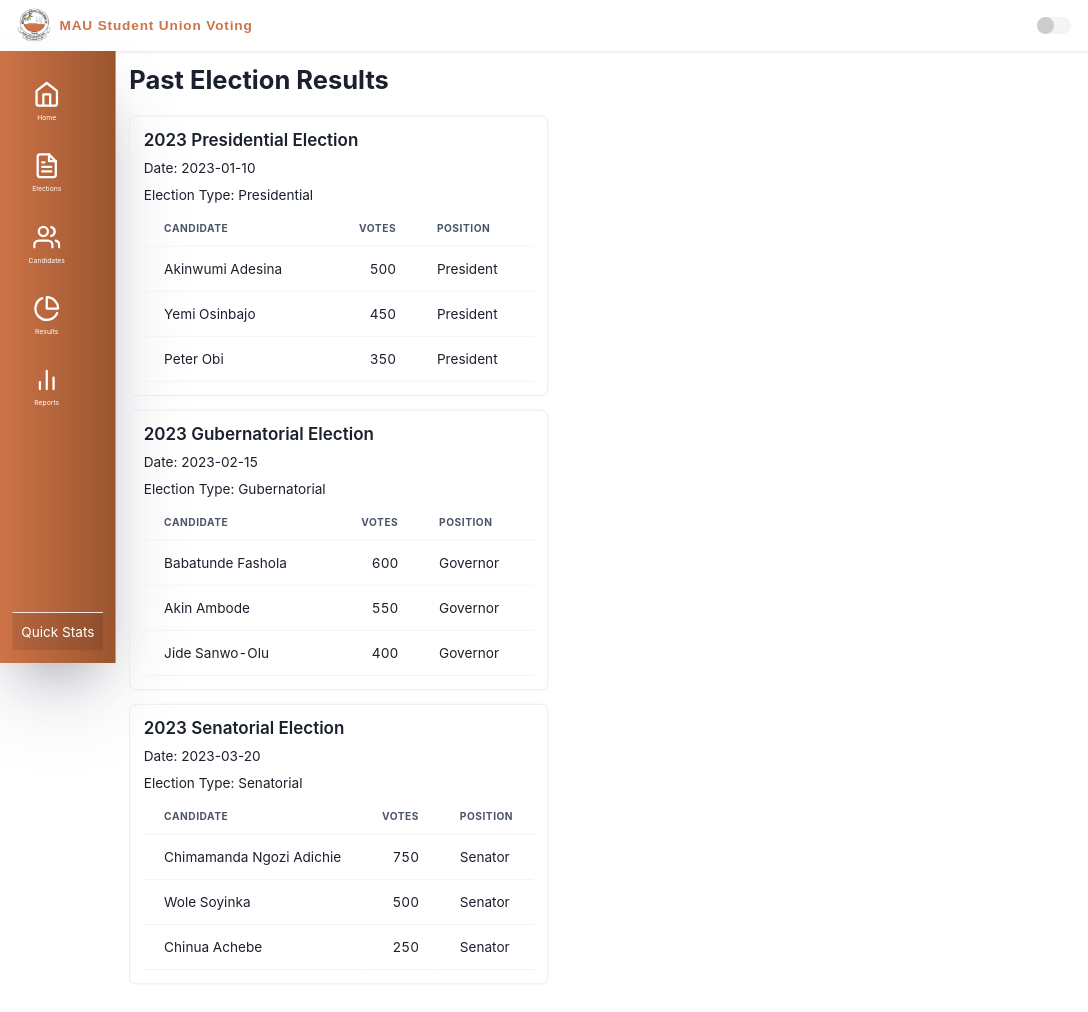
Repository: joena1o/e-vote
Page: /ElectionCommittee-dashboard/view-results
An editor plug-in stored every save of this project. The page is shown before and after the next save, followed by the edit.
The browser window is 1280 px wide. The pictures show the whole page, at 85% of full size.
The project was rebuilt for these pictures with package versions that can differ from the ones it lists, and the page was loaded fresh each time. Also part of the build but not shown: src/components/EnhancedLogin.js, src/components/maincontent/RegisterStudents/ManageStudents.js, src/components/maincontent/RegisterStudents/RegisterStudents.js, src/components/maincontent/RegisterStudents/StudentManagement.js, src/components/maincontent/ElectionResults/report.js, src/components/maincontent/ElectionResults/ViewElectionResults.js, src/components/maincontent/Settings/Settings.js, src/api/index.js and 22 more.

Above is the page before, as saved 2023-11-01 22:34:55.

### src/index.js
import React from 'react';
import ReactDOM from 'react-dom/client';
import './index.css';
import App from './App';
import reportWebVitals from './reportWebVitals';
import Modal from 'react-modal';

// Set the app element for the modal for accessibility purposes
Modal.setAppElement('#root');

const root = ReactDOM.createRoot(document.getElementById('root'));
root.render(
  <React.StrictMode>
    <App />
  </React.StrictMode>
);

// If you want to start measuring performance in your app, pass a function
// to log results (for example: reportWebVitals(console.log))
// or send to an analytics endpoint. Learn more: https://bit.ly/CRA-vitals
reportWebVitals();

### src/App.js
import React from 'react';
import { BrowserRouter as Router, Routes, Route, Navigate } from 'react-router-dom';
import EnhancedLogin from './components/EnhancedLogin';
import AdminDashboard from './components/AdminDashboard';
import StudentDashboard from './components/StudentDashboard';
import { ChakraProvider, ColorModeProvider, Button, useColorMode } from '@chakra-ui/react';
import { Provider } from 'react-redux';
import store from './Redux/store';
import ElectionCommitteeDashboard from './components/maincontent/ElectionCommitteeDashboard';

// Component to toggle dark mode
function DarkModeToggle() {
  const { colorMode, toggleColorMode } = useColorMode();
  return (
    <Button onClick={toggleColorMode} position="fixed" m={4} zIndex={10}>
      Toggle {colorMode === 'light' ? 'Dark' : 'Light'}
    </Button>
  );
}

function App() {
  // Check if the current route is not the "/login" route, then render the DarkModeToggle
  // const isLoginPage = window.location.pathname === '/login';

  return (
    <Provider store={store}>
      <ChakraProvider>
        <ColorModeProvider options={{ useSystemColorMode: true }}>
          <Router>
            <Routes>
              {/* Define your routes */}
              <Route path="/login" element={<EnhancedLogin />} />
              <Route path="/admin-dashboard/*" element={<AdminDashboard />} />
              <Route path="/ElectionCommittee-dashboard/*" element={<ElectionCommitteeDashboard />} />
              <Route path='/student-dashboard/*' element={<StudentDashboard />} />
              {/* Redirect root to /admin-dashboard */}
              <Route path="/" element={<Navigate to="/admin-dashboard" replace />} />
            </Routes>
          </Router>
          {/* Render DarkModeToggle only if not on the "/login" page */}
          {/* {!isLoginPage && <DarkModeToggle />} */}
        </ColorModeProvider>
      </ChakraProvider>
    </Provider>
  );
}

export default App;

### src/Redux/store.js
import { configureStore } from '@reduxjs/toolkit';
import electionReducer from './electionSlice';
import studentsReducer from './studentsSlice';
import candidatesReducer from './CandidateSlice'; // Import the candidates reducer

const store = configureStore({
  reducer: {
    elections: electionReducer,
    students: studentsReducer,
    candidates: candidatesReducer, // Add the candidates reducer here
  },
});

export default store;

### src/components/maincontent/ElectionCommitteeDashboard.js
// ElectionCommitteeDashboard.js
import React from 'react';
import { Routes, Route } from 'react-router-dom';
import ElectionCommitteeSidebar from './ElectionCommitteeSidebar';
import Navbar from '../Navbar';
import styled from 'styled-components';
import ElectionList from './ManageElections/ElectionList';
import ViewResults from './ElectionResults/ViewResults';
import ElectionCommitteeHome from './home/ElectionCommitteeHome';
import CandidatesScreening from './CandidateScreening/CandidateScreening';



const Container = styled.div`
  display: flex;
  flex-direction: column;
  height: 100vh;
  width: 100%;
`;

const Content = styled.div`
  display: flex;
  flex: 1;
`;

const ElectionCommitteeDashboard = () => {
  return (
    <Container>
      <Navbar />
      <Content>
        <ElectionCommitteeSidebar />
        <Routes>
          <Route index element={<ElectionCommitteeHome />} />

          <Route path="election-list" element={<ElectionList />} />
          <Route path="candidates-screening" element={<CandidatesScreening />} />
          <Route path="view-results" element={<ViewResults />} />

        </Routes>
      </Content>
    </Container>
  );
};

export default ElectionCommitteeDashboard;

### src/components/Navbar.js
import React from 'react';
import styled, { createGlobalStyle } from 'styled-components';
import logo from '../assets/school_logo.jpg';
import { useColorMode } from '@chakra-ui/react';

const GlobalStyle = createGlobalStyle`
  body {
    background-color: ${props => (props.theme === 'dark' ? '#333' : '#fff')};
    color: ${props => (props.theme === 'dark' ? '#fff' : '#000')}; // Set other component texts to black in light mode
  }
`;

const Header = styled.header`
  background: ${props => (props.theme === 'dark' ? '#333' : '#fff')};
  color: ${props => (props.theme === 'dark' ? '#fff' : '#ce7348')}; // Set navbar text to brown in light mode
  padding: 10px 20px;
  display: flex;
  align-items: center;
  justify-content: flex-start;
  box-shadow: 0px 2px 4px rgba(0, 0, 0, 0.1);
  font-family: 'Poppins', sans-serif;
`;


const Logo = styled.img`
  width: 40px;
  height: 40px;
  border-radius: 20px;
  margin-right: 10px;
`;

const Title = styled.h1`
  margin: 0;
  padding: 0;
  font-size: 1rem;
  font-weight: 600;
  letter-spacing: 1px;
`;

const ToggleSlider = styled.label`
  display: flex;
  align-items: center;
  cursor: pointer;
  margin-left: auto;
`;

const SliderInput = styled.input.attrs({ type: 'checkbox' })`
  display: none;
`;

const Slider = styled.div`
  width: 40px;
  height: 20px;
  background-color: ${props => (props.theme === 'dark' ? '#333' : '#f4f4f4')};
  border-radius: 20px;
  position: relative;
  transition: background-color 0.3s ease;
  cursor: pointer;

  &::after {
    content: '';
    width: 20px;
    height: 20px;
    border-radius: 50%;
    background-color: ${props => (props.theme === 'dark' ? '#fff' : '#ccc')};
    position: absolute;
    top: 50%;
    transform: translateY(-50%);
    left: ${props => (props.theme === 'dark' ? '20px' : '0')};
    transition: left 0.3s ease;
  }
`;

function Navbar() {
  const { colorMode, toggleColorMode } = useColorMode();

  return (
    <>
      <GlobalStyle theme={colorMode} />
      <Header theme={colorMode}>
        <Logo src={logo} alt="University Logo" />
        <Title>MAU Student Union Voting</Title>
        <ToggleSlider>
          <SliderInput type="checkbox" onChange={toggleColorMode} />
          <Slider theme={colorMode} />
        </ToggleSlider>
      </Header>
    </>
  );
}

export default Navbar;

### src/Redux/electionSlice.js
/*import { createSlice, createAsyncThunk } from '@reduxjs/toolkit';
import { API, graphqlOperation } from 'aws-amplify';
import { createElection as createElectionAPI } from '../graphql/mutations';

export const createElection = createAsyncThunk(
  'elections/createElection',
  async (election, { rejectWithValue }) => {
    try {
      const result = await API.graphql(graphqlOperation(createElectionAPI, { input: election }));
      return result.data.createElection;
    } catch (error) {
      return rejectWithValue(error);
    }
  }
);

const electionSlice = createSlice({
  name: 'elections',
  initialState: [],
  reducers: {},
  extraReducers: (builder) => {
    builder.addCase(createElection.fulfilled, (state, action) => {
      state.push(action.payload);
    });
  },
});

export default electionSlice.reducer;
*/

### src/Redux/studentsSlice.js
import { createSlice } from '@reduxjs/toolkit';

export const studentsSlice = createSlice({
  name: 'students',
  initialState: [],
  reducers: {
    addStudents: (state, action) => {
      // Add students to the Redux store
      action.payload.forEach(student => {
        state.push(student);
      });
    },
  },
});

export const { addStudents } = studentsSlice.actions;

export default studentsSlice.reducer;

### src/Redux/CandidateSlice.js

import { createSlice } from '@reduxjs/toolkit';

export const candidatesSlice = createSlice({
  name: 'candidates',
  initialState: [],
  reducers: {
    setCandidates: (state, action) => {
      return action.payload;
    },
  },
});

export const { setCandidates } = candidatesSlice.actions;
export default candidatesSlice.reducer;

### src/components/maincontent/ElectionCommitteeSidebar.js
import React from 'react';
import styled from 'styled-components';
import { Link } from 'react-router-dom';
import { FiHome, FiFileText, FiUsers, FiPieChart, FiBarChart2, FiTrendingUp } from 'react-icons/fi';
import { useColorMode } from '@chakra-ui/react';


const SidebarContainer = styled.nav`
  background: ${props => (props.theme === 'dark' ? '#333' : 'linear-gradient(to right, #ce7348, #9a552e)')};
  padding: 15px;
  height: 100vh;
  color: #fff;
  box-shadow: rgba(50, 50, 93, 0.25) 0px 50px 100px -20px, rgba(0, 0, 0, 0.3) 0px 30px 60px -30px;
  display: flex;
  flex-direction: column;
`;

const LinkList = styled.ul`
  list-style-type: none;
  padding: 0;
  flex: 1;
`;

const StyledLink = styled(Link)`
  text-decoration: none;
  color: #fff;
  display: flex;
  flex-direction: column;
  align-items: center;
  transition: color 0.3s ease;
  margin-bottom: 15px;
  cursor: pointer;
  font-size: 0.5rem;

  &:hover {
    color: #fce364;
  }

  width: 80px;
  text-align: center;
  word-wrap: break-word;
  overflow-wrap: break-word;
`;

const LinkItem = styled.li`
  display: flex;
  align-items: center;
  margin-top: 20px;
`;

const Icon = styled.div`
  font-size: 2rem;
  color: #fff;

  margin-bottom: 5px;

  ${StyledLink}:hover & {
    color: #fce364;
  }
`;

const QuickStats = styled.div`
  margin-top: auto;
  padding: 10px;
  background: rgba(0, 0, 0, 0.1);
  border-top: 1px solid #fff;
`;

function ElectionCommitteeSidebar() {
  const { colorMode } = useColorMode();

  return (
    <SidebarContainer theme={colorMode}>
      <LinkList>
        <LinkItem>
          <StyledLink to="/ElectionCommittee-dashboard">
            <Icon><FiHome /></Icon>
            Home
          </StyledLink>
        </LinkItem>
        <LinkItem>
          <StyledLink to="/ElectionCommittee-dashboard/election-list">
            <Icon><FiFileText /></Icon>
            Elections
          </StyledLink>
        </LinkItem>
        <LinkItem>
          <StyledLink to="/ElectionCommittee-dashboard/candidates-screening">
            <Icon><FiUsers /></Icon>
            Candidates
          </StyledLink>
        </LinkItem>
        <LinkItem>
          <StyledLink to="/ElectionCommittee-dashboard/view-results">
            <Icon><FiPieChart /></Icon>
            Results
          </StyledLink>
        </LinkItem>
        <LinkItem>
          <StyledLink to="/reports">
            <Icon><FiBarChart2 /></Icon>
            Reports
          </StyledLink>
        </LinkItem>
      </LinkList>
      <QuickStats>
        <h3>Quick Stats</h3>
        {/* Here you can place any quick statistics or relevant data for the admin */}
      </QuickStats>
    </SidebarContainer>
  );
}

export default ElectionCommitteeSidebar;

### src/components/maincontent/ElectionResults/ViewResults.js
import React, { useState } from 'react';
import { Box, VStack, Heading, Text, useColorModeValue, Table, Thead, Tbody, Tr, Th, Td } from '@chakra-ui/react';

const ViewResults = () => {
  const colorModeValue = useColorModeValue('gray.200', 'gray.600');

  const mockPastElectionResults = [
    {
      id: 1,
      electionName: '2023 Presidential Election',
      date: '2023-01-10',
      electionType: 'Presidential',
      candidates: [
        { name: 'Akinwumi Adesina', votes: 500, position: 'President' },
        { name: 'Yemi Osinbajo', votes: 450, position: 'President' },
        { name: 'Peter Obi', votes: 350, position: 'President' },
      ],
    },
    {
      id: 2,
      electionName: '2023 Gubernatorial Election',
      date: '2023-02-15',
      electionType: 'Gubernatorial',
      candidates: [
        { name: 'Babatunde Fashola', votes: 600, position: 'Governor' },
        { name: 'Akin Ambode', votes: 550, position: 'Governor' },
        { name: 'Jide Sanwo-Olu', votes: 400, position: 'Governor' },
      ],
    },
    {
      id: 3,
      electionName: '2023 Senatorial Election',
      date: '2023-03-20',
      electionType: 'Senatorial',
      candidates: [
        { name: 'Chimamanda Ngozi Adichie', votes: 750, position: 'Senator' },
        { name: 'Wole Soyinka', votes: 500, position: 'Senator' },
        { name: 'Chinua Achebe', votes: 250, position: 'Senator' },
      ],
    },
    // ... other past election results
  ];

  const [pastElectionResults] = useState(mockPastElectionResults);

  return (
    <Box p={4}>
      <Heading size="lg" mb={6}>Past Election Results</Heading>
      {pastElectionResults.map((election) => (
        <VStack
          key={election.id}
          border="1px"
          borderColor={colorModeValue}
          borderRadius="lg"
          p={4}
          mb={4}
          spacing={2}
          align="left"
        >
          <Heading fontSize="xl" fontWeight="semibold">{election.electionName}</Heading>
          <Text>Date: {election.date}</Text>
          <Text>Election Type: {election.electionType}</Text>
          <Table variant="simple">
            <Thead>
              <Tr>
                <Th>Candidate</Th>
                <Th isNumeric>Votes</Th>
                <Th>Position</Th>
              </Tr>
            </Thead>
            <Tbody>
              {election.candidates.map((candidate) => (
                <Tr key={candidate.name}>
                  <Td>{candidate.name}</Td>
                  <Td isNumeric>{candidate.votes}</Td>
                  <Td>{candidate.position}</Td>
                </Tr>
              ))}
            </Tbody>
          </Table>
        </VStack>
      ))}
    </Box>
  );
};

export default ViewResults;

Loaded but not shown: public/index.html (common file); src/index.css (common file); src/reportWebVitals.js (common file)

After the next save:
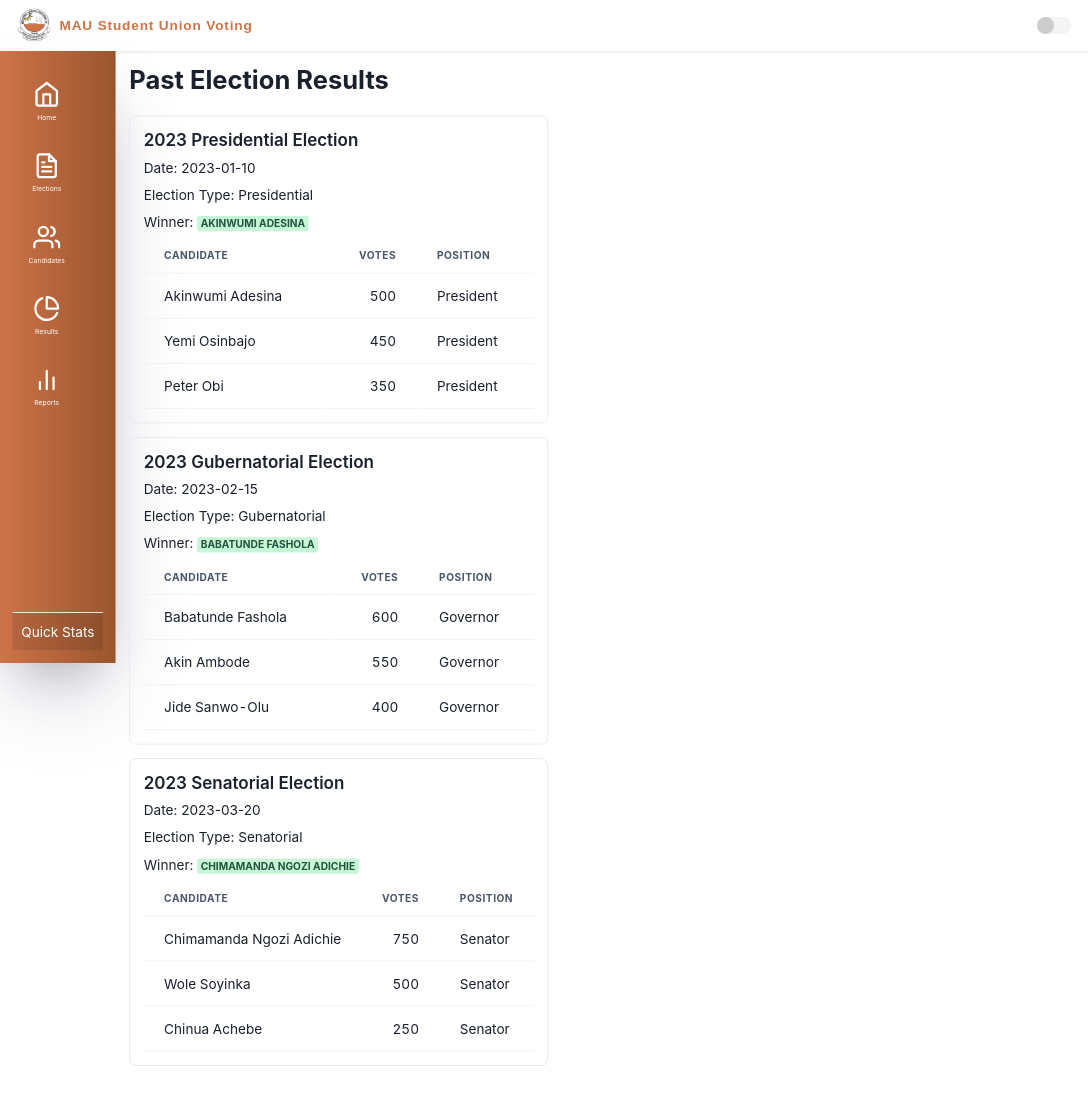
Saved 2 min 46 s later.
--- a/src/components/maincontent/ElectionResults/ViewResults.js
+++ b/src/components/maincontent/ElectionResults/ViewResults.js
@@ -1,5 +1,5 @@
 import React, { useState } from 'react';
-import { Box, VStack, Heading, Text, useColorModeValue, Table, Thead, Tbody, Tr, Th, Td } from '@chakra-ui/react';
+import { Box, VStack, Heading, Text, useColorModeValue, Table, Thead, Tbody, Tr, Th, Td, Badge } from '@chakra-ui/react';
 
 const ViewResults = () => {
   const colorModeValue = useColorModeValue('gray.200', 'gray.600');
@@ -15,6 +15,7 @@ const ViewResults = () => {
         { name: 'Yemi Osinbajo', votes: 450, position: 'President' },
         { name: 'Peter Obi', votes: 350, position: 'President' },
       ],
+      winner: 'Akinwumi Adesina',
     },
     {
       id: 2,
@@ -26,6 +27,7 @@ const ViewResults = () => {
         { name: 'Akin Ambode', votes: 550, position: 'Governor' },
         { name: 'Jide Sanwo-Olu', votes: 400, position: 'Governor' },
       ],
+      winner: 'Babatunde Fashola',
     },
     {
       id: 3,
@@ -37,6 +39,7 @@ const ViewResults = () => {
         { name: 'Wole Soyinka', votes: 500, position: 'Senator' },
         { name: 'Chinua Achebe', votes: 250, position: 'Senator' },
       ],
+      winner: 'Chimamanda Ngozi Adichie',
     },
     // ... other past election results
   ];
@@ -60,6 +63,7 @@ const ViewResults = () => {
           <Heading fontSize="xl" fontWeight="semibold">{election.electionName}</Heading>
           <Text>Date: {election.date}</Text>
           <Text>Election Type: {election.electionType}</Text>
+          <Text>Winner: <Badge colorScheme="green">{election.winner}</Badge></Text>
           <Table variant="simple">
             <Thead>
               <Tr>
